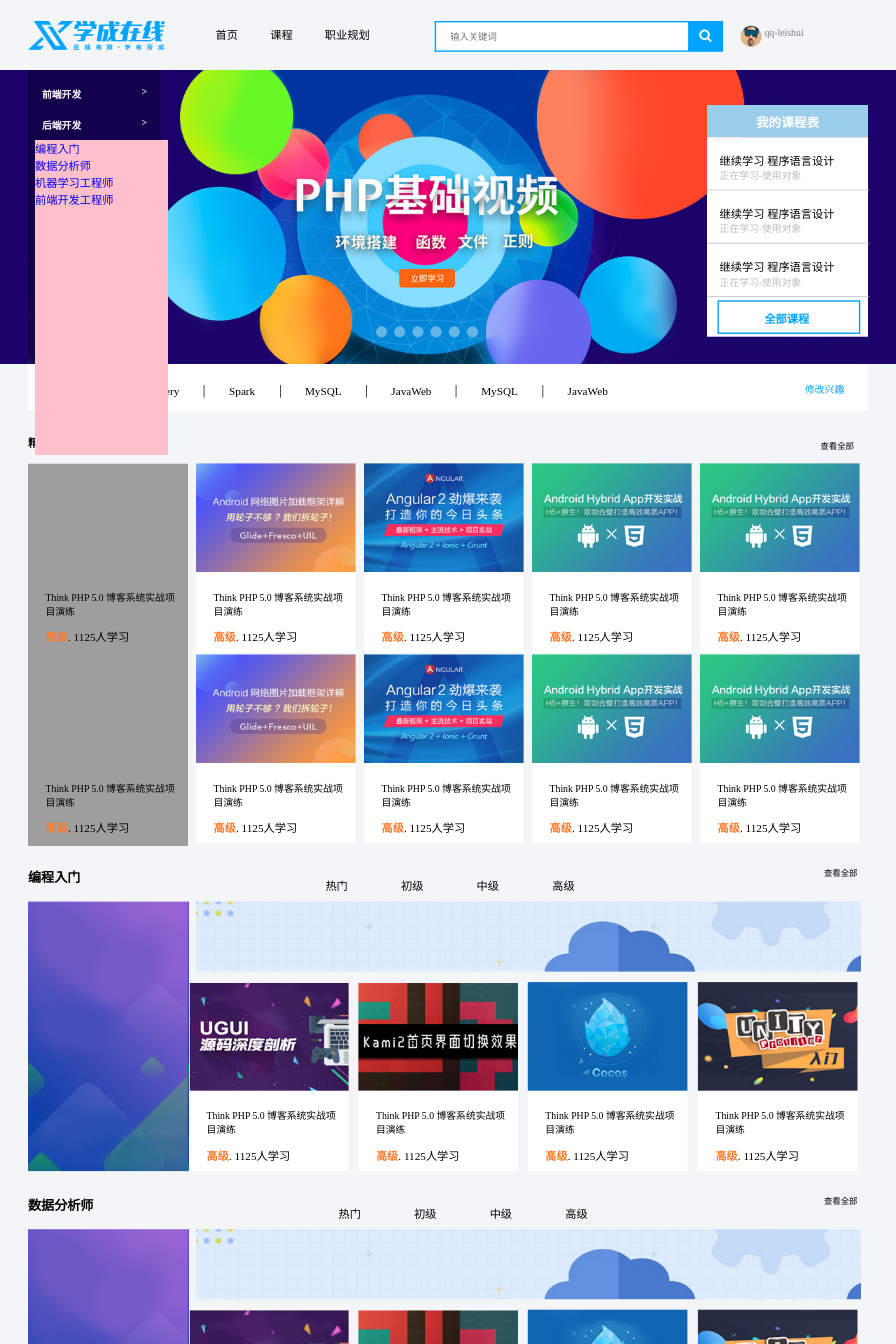
Repository: try-18/web-page-1
Page: index.html
An editor plug-in stored every save of this project. The page is shown before and after the next save, followed by the edit.
The browser window is 1280 px wide. The pictures show the part of the page from y = 0 to 1920 px (the page is 3340 px tall), at 70% of full size.
Pictures or frames that could not be fetched are drawn as grey boxes.

Above is the page before, as saved 2021-11-02 11:51:21.

After the next save:
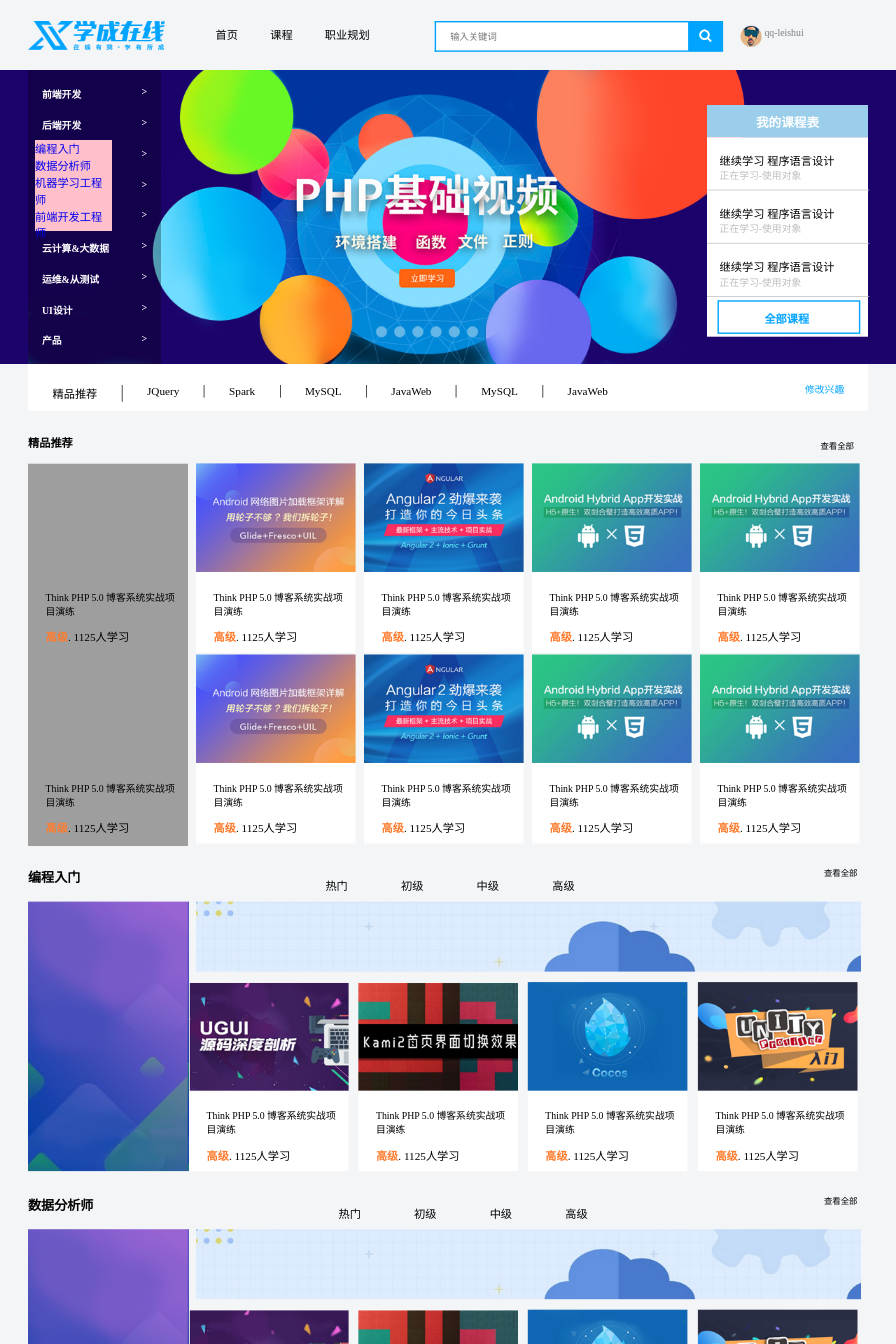
Saved 34 s later.
--- a/index.css
+++ b/index.css
@@ -603,9 +603,10 @@
 }
 
 .left {
-    width: 190px;
-    height: 450px;
+    width: 110px;
+    height: 130px;
     position: fixed;
+    padding: ;
     top: 200px;
     left: 50px;
     background-color: pink;
